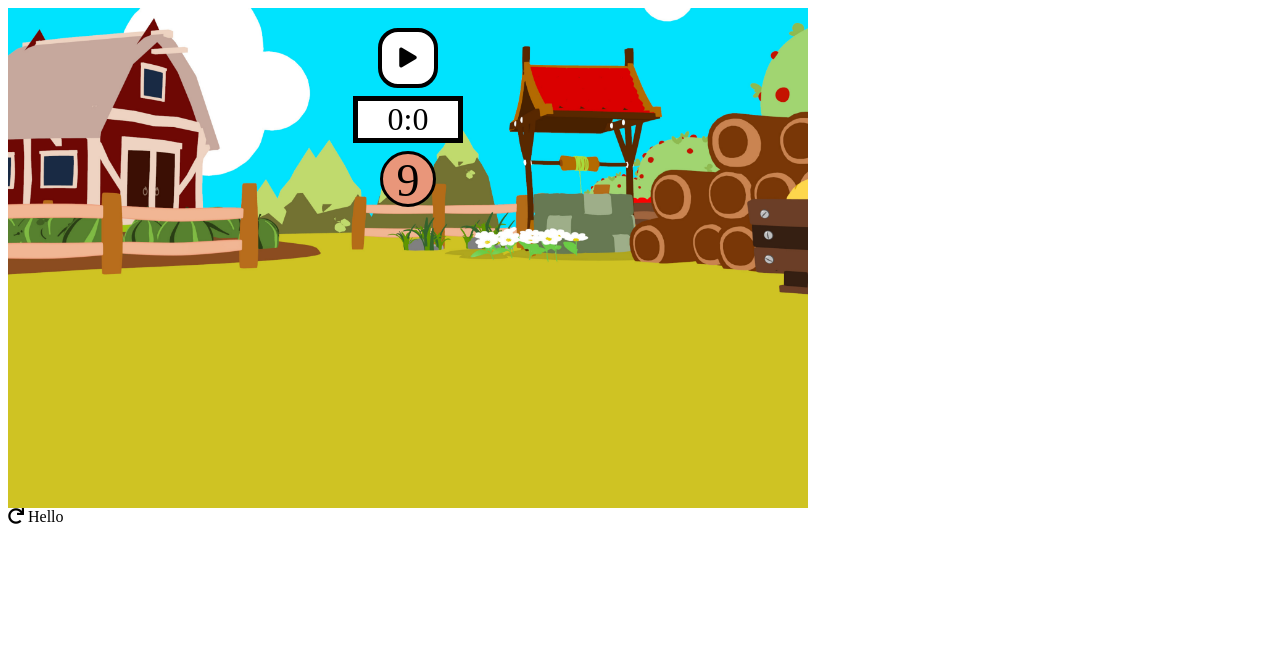
Repository: DevMinwoo-Jung/JavaScript101
Page: WebApIs/carrotClone/index.html
An editor plug-in stored every save of this project. The page is shown before and after the next save, followed by the edit.
The browser window is 1280 px wide. The pictures show the whole page.

Above is the page before, as saved 2021-06-22 14:44:34.

### WebApIs/carrotClone/index.html
<!DOCTYPE html>
<html lang="en">
<head>
  <meta charset="UTF-8">
  <meta http-equiv="X-UA-Compatible" content="IE=edge">
  <meta name="viewport" content="width=device-width, initial-scale=1.0">
  <link rel="stylesheet" href="style.css">
  <script src="main.js"></script>
  <link rel="stylesheet" href="https://use.fontawesome.com/releases/v5.15.3/css/all.css" integrity="sha384-SZXxX4whJ79/gErwcOYf+zWLeJdY/qpuqC4cAa9rOGUstPomtqpuNWT9wdPEn2fk" crossorigin="anonymous">
  <title>Fun game</title>
</head>
<body>
  <section class="game">
    <header class="game__header">
      <button class="game__button">
        <i class="fas fa-play"></i>
        <!-- <i class="fas fa-stop"></i> -->
      </button>
        <span class="game__timer">0:0</span>
        <span class="game__score">9</span>
    </header>
    <section class="game__field"></section>
  </section>
  <section class="pop-up">
    <buttno class="pop-up__refresh">
      <i class="fas fa-redo"></i>
    </buttno>
    <span class="pop-up__message">Hello</span>
  </section>
</body>
</html>

### WebApIs/carrotClone/style.css
.game {
  display: flex;
  flex-direction: column;
  width: 800px;
  height: 500px;
  background: url(img/background.png) center/cover;
}

button {
  border: none;
  outline: none;
  cursor: pointer;
}
.game__header {
  display: flex;
  flex-direction: column;
  align-items: center;
  padding: 20px;
}

.game__button {
  width: 60px;
  height: 60px;
  background-color: white;
  border: 4px solid black;
  font-size: 20px;
  transition: transfrom 300ms ease-in;
  border-radius: 20px;
}

.game__button:hover {
  transform: scale(1.1);
}

.game__timer {
  width: 100px;
  background-color: white;
  text-align: center;
  border: 5px solid black;
  font-size: 32px;
  margin-top: 8px;
}

.game__score {
  width: 50px;
  height: 50px;
  font-size: 46px;
  border: 3px solid black;
  background-color: darksalmon;
  border-radius: 50%;
  text-align: center;
  margin-top: 8px;
}

.game__field {
  background-color: blue;
  width: 100%px;
  margin-top: 40px;
  opacity: 0.4;
}

Loaded but not shown: WebApIs/carrotClone/main.js (no stored copy; drawn as an empty file)

After the next save:
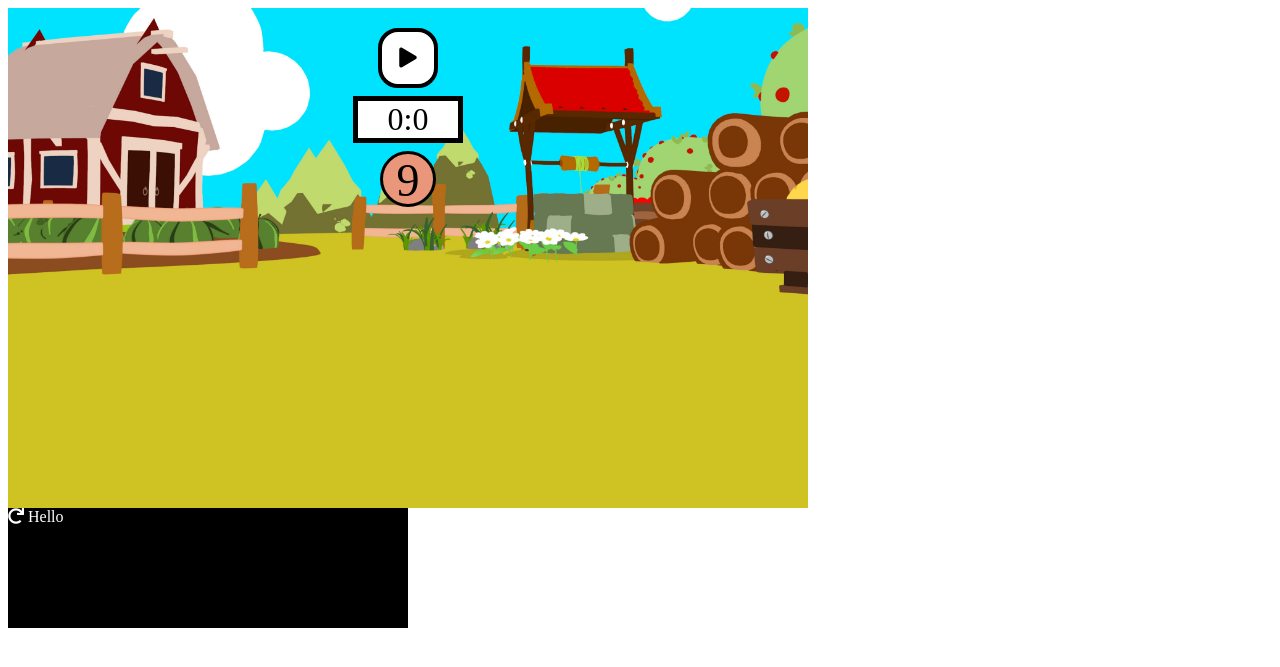
Saved 31 s later.
--- a/WebApIs/carrotClone/style.css
+++ b/WebApIs/carrotClone/style.css
@@ -58,3 +58,10 @@ button {
   margin-top: 40px;
   opacity: 0.4;
 }
+
+.pop-up {
+  width: 400px;
+  height: 120px;
+  background-color: black;
+  color: white;
+}
